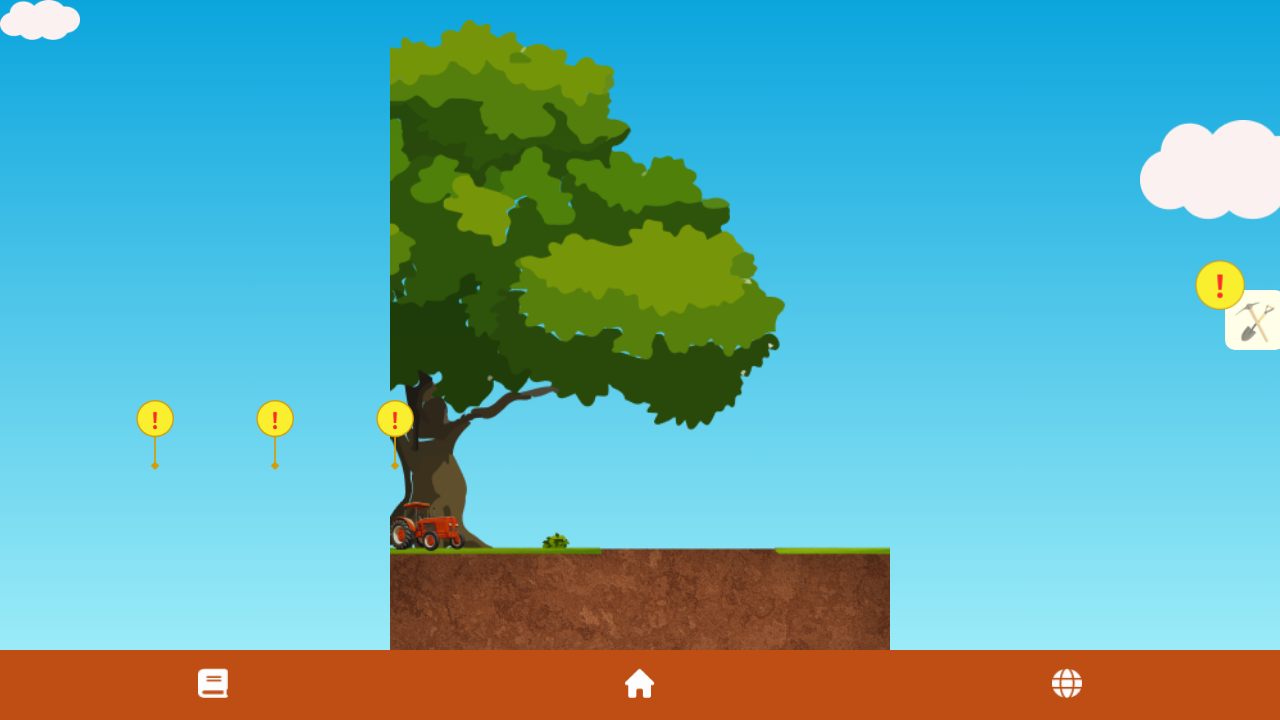
Repository: kobuchisouta/kome-app
Page: /
The author's editor kept a copy of each file at every save. The page is drawn from the files as they stood at one save, then again after a run of saves.
The browser window is 1280 px wide. The pictures show the whole page.
The project was rebuilt for these pictures with package versions that can differ from the ones it lists, and the page was loaded fresh each time. The framework's server and built-in components were replaced by stand-ins that run in the browser. Also part of the build but not shown: next.config.ts.

Above is the page before, as saved 2025-01-29 11:07:07.

### src/app/layout.tsx
import type { Metadata } from "next";
import localFont from "next/font/local";
import "./globals.css";
import Footer from "./components/footer/Footer";

const geistSans = localFont({
  src: "./fonts/GeistVF.woff",
  variable: "--font-geist-sans",
  weight: "100 900",
});
const geistMono = localFont({
  src: "./fonts/GeistMonoVF.woff",
  variable: "--font-geist-mono",
  weight: "100 900",
});

export const metadata: Metadata = {
  title: "Create Next App",
  description: "Generated by create next app",
};

export default function RootLayout({
  children,
}: Readonly<{
  children: React.ReactNode;
}>) {
  return (
    <html lang="ja">
      <body>
        <header>
        </header>
        <main>

          {children}
        </main>
        <Footer />
      </body>
    </html>

  );
}

### src/app/page.tsx
"use client";
import Head from 'next/head';
import Image from 'next/image';
import { useState } from 'react';
import styles from './page.module.css'; // モジュールCSS
import Link from 'next/link';

export default function Home() {
  const [isModalOpen, setIsModalOpen] = useState(false);

  const openModal = () => setIsModalOpen(true);
  const closeModal = () => setIsModalOpen(false);

  return (
    <>
      <Head>
        <title>米⭐︎すたー</title>
        <meta name="viewport" content="width=device-width,initial-scale=1.0,minimum-scale=1.0" />
        <meta name="description" content="ここに説明文を設定" />
      </Head>

      <main className={styles.main}>
        <div className={styles.contents}>
          <div className={styles.clouds}>
            <p className={styles.cloud1}>
              <Image src="/cloud1.png" alt="雲" width={80} height={40} />
            </p>
            <p className={styles.cloud2}>
              <Image src="/cloud2.png" alt="雲" width={170} height={100} />
            </p>
          </div>

          <div className={styles.tools}>
            <div className={styles.toolBar}>
              <p>
                <Image src="/tools.png" alt="道具" width={50} height={50} />
              </p>
            </div>
            <div className={styles.lookUp}>
              <p>
                <Image src="/pickup.png" alt="見て" width={50} height={50} />
              </p>
            </div>
          </div>

          <div className={styles.stages}>
            <div className={styles.stagePick}>
              <a className={`${styles.stage} ${styles.modalOpen}`} onClick={openModal}>
                <Image src="/pick.png" alt="クリック" width={70} height={70} />
              </a>
              <a className={`${styles.stage} ${styles.modalOpen}`} onClick={openModal}>
                <Image src="/pick.png" alt="クリック" width={70} height={70} />
              </a>
              <a className={`${styles.stage} ${styles.modalOpen}`} onClick={openModal}>
                <Image src="/pick.png" alt="クリック" width={70} height={70} />
              </a>
            </div>

            {isModalOpen && (
              <div className={styles.modal}>
                <div className={styles.modalInner}>
                  <div className={styles.modalContent}>
                    <div className={styles.modalHeader}>
                      <h1>土地選びと購入準備</h1>
                    </div>
                    <div className={styles.modalBody}>
                      <Link href={"/home"}>エリア調査</Link>
                      <Link href={"/home"}>土地の購入</Link>
                      <a href="#">土地の整地</a>
                      <a href="#">水利権の確認</a>
                      <a href="#">情報収集</a>
                    </div>
                    <div className={styles.modalFooter}>
                      <span className={styles.modalClose} onClick={closeModal}>
                        閉じる
                      </span>
                    </div>
                  </div>
                </div>
              </div>
            )}

            <div className={styles.stageImg}>
              <a className={styles.stage1}>
                <Image src="/ine.png" alt="稲" width={50} height={50} />
              </a>
              <a className={styles.stage2}>
                <Image src="/makimaki.png" alt="田植え" width={70} height={70} />
              </a>
              <a className={styles.stage3}>
                <Image src="/sawasawa.png" alt="手入れ" width={70} height={70} />
              </a>
            </div>
          </div>
        </div>
      </main>
    </>
  );
}

### src/app/globals.css
* {
	margin: 0;
	padding: 0;
	box-sizing: border-box;
}
body {
	color: var(--foreground);
	background: var(--background);
	font-family: Arial, Helvetica, sans-serif;
	-webkit-font-smoothing: antialiased;
	-moz-osx-font-smoothing: grayscale;
	display: flex;
	flex-direction: column;
	width: 100%;
	height: 100%;
	margin: 0 auto;
}

* {
	box-sizing: border-box;
	text-decoration: none;
	list-style: none;
}

html {
	width: 100%;
	height: 100vh;
}

### src/app/components/footer/Footer.tsx

import Image from 'next/image';
import styles from './style.module.css';

export default function Footer() {
    return (
        <footer className={styles.footer}>
            <a href='/book' className={styles.book}>
                <Image src="/book.png" alt="book" width={30} height={30} />
            </a>
            <a href='/' className={styles.home}>
                <Image src="/house.png" alt="house" width={30} height={30} />
            </a>
            <a href='/news' className={styles.globe}>
                <Image src="/globe.png" alt="globe" width={30} height={30} />
            </a>
        </footer>
    );
}

### src/app/page.module.css
.main {
	background: url("/tree.png"), linear-gradient(#0ba5dd 0%, #aaf3fa 100%);
	background-repeat: no-repeat, no-repeat;
	background-position: bottom, center; /* 画像を中央に配置 */
	background-size: 500px 700px, auto; /* グラデーションは自動サイズ、画像はカバー */
	width: 100%;
	height: 100vh;
	position: fixed;
}

.contents {
	z-index: 100;
}

.clouds {
	.cloud1 {
		position: absolute;
	}

	.cloud2 {
		position: absolute;
		top: 120px;
		right: -30px;
	}
}
.tools {
	background: #fffee9;
	border-radius: 10px;
	width: 60px;
	height: 60px;
	position: absolute;
	right: -5px;
	top: 290px;

	.toolBar img {
		position: absolute;
		top: 8px;
		left: 4px;
	}

	.lookUp img {
		position: absolute;
		left: -30px;
		top: -30px;
	}
}

.stages {
	.stageImg {
		position: relative;
		display: flex;
		gap: 50px;
		top: 692px;
		left: 130px;
	}

	.stagePick {
		position: absolute;
		bottom: 220px;
		left: 120px;
		display: flex;
		gap: 20px;
		align-items: flex-end;
		background-color: transparent; /* 必要に応じて透明に設定 */
	}
	.stagePick:hover {
		animation: poyopoyo 2s ease-out infinite;
		opacity: 1;
	}
	@keyframes poyopoyo {
		0%,
		40%,
		60%,
		80% {
			transform: scale(1.0);
		}
		50%,
		70% {
			transform: scale(0.95);
		}
	}

	.stagePick {
		background-color: none;
	}

	.stage {
		position: relative;
		width: 100px;
		height: 100px;
	}
	.stage img {
		object-fit: contain;
	}
}

.modal {
	position: fixed;
	top: 0;
	left: 0;
	width: 100%;
	height: 100%;
	background-color: rgba(0, 0, 0, 0.5);
	display: flex;
	justify-content: center;
	align-items: center;
	z-index: 1000;
}

.modalInner {
	background-color: #f2ac3b;
	padding: 20px;
	border-radius: 10px;
	width: 80%;
	max-width: 500px;
}

.modalHeader,
.modalBody,
.modalFooter {
	margin-bottom: 10px;
	display: flex;
	justify-content: center;
	align-items: center;
	flex-direction: column;
	gap: 10px;
}

.modalHeader h1 {
	color: #fff;
	font-size: 1.5rem;
}

.modalBody a {
	color: #fff;
	border: #fff solid 1px;
	width: 100%;
	height: 50px;
	font-weight: bold;
	text-align: center;
	line-height: 50px;
	border-radius: 8px;
}

.modalClose {
	width: 150px;
	height: 50px;
	border-radius: 8px;
	text-align: center;
	line-height: 50px;
	background: #fff;
}
@keyframes modalopen {
	from {
		opacity: 0;
	}
	to {
		opacity: 1;
	}
}

.modal-header h1 {
	margin: 1rem 0;
}

.modal-close {
	font-size: 1.8rem;
}

.modal-close:hover {
	cursor: pointer;
}

### src/app/components/footer/style.module.css
.footer {
	width: 100%;
	height: 70px;
	display: flex;
	justify-content: space-around;
	align-items: center;
	background: #be4e14;
	z-index: 100;
	position: fixed;
	bottom: 0;
}

After the next 2 saves:
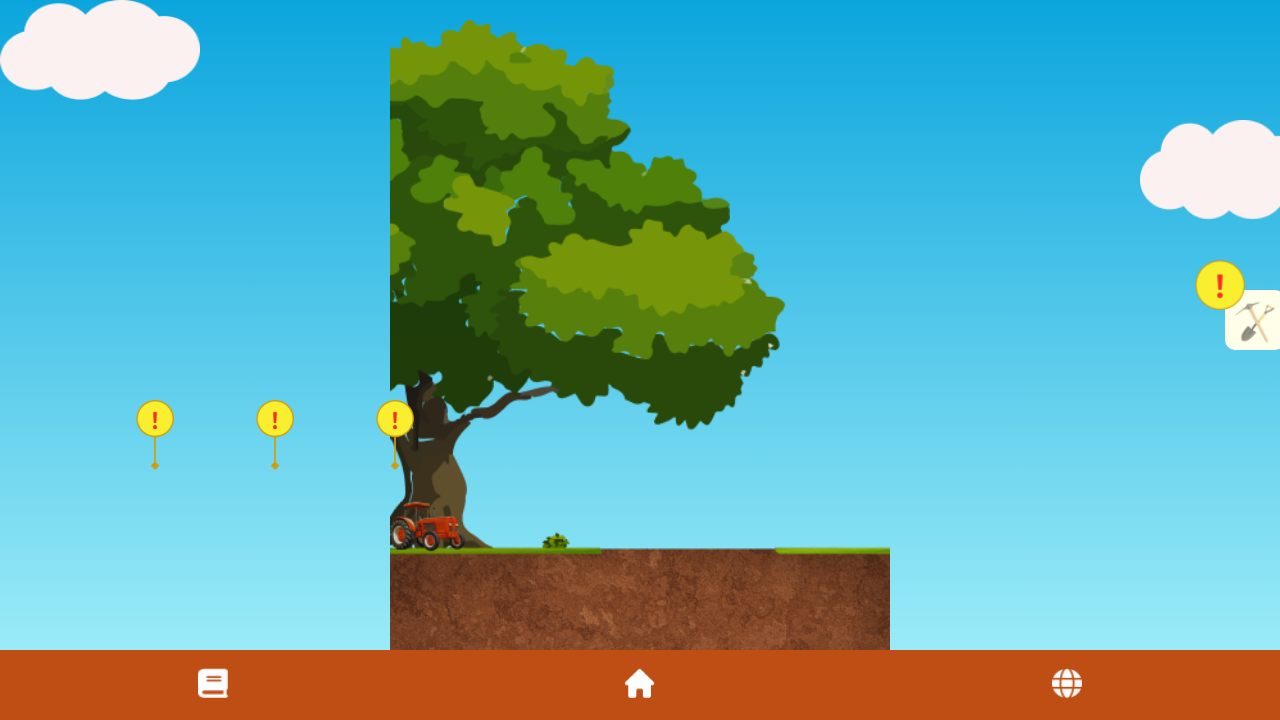
The 2 saves are shown as one change because they came seconds apart.
The last was saved 10 s later.
--- a/src/app/page.tsx
+++ b/src/app/page.tsx
@@ -23,7 +23,7 @@ export default function Home() {
         <div className={styles.contents}>
           <div className={styles.clouds}>
             <p className={styles.cloud1}>
-              <Image src="/cloud1.png" alt="雲" width={80} height={40} />
+              <Image src="/cloud1.png" alt="雲" width={200} height={100} />
             </p>
             <p className={styles.cloud2}>
               <Image src="/cloud2.png" alt="雲" width={170} height={100} />
